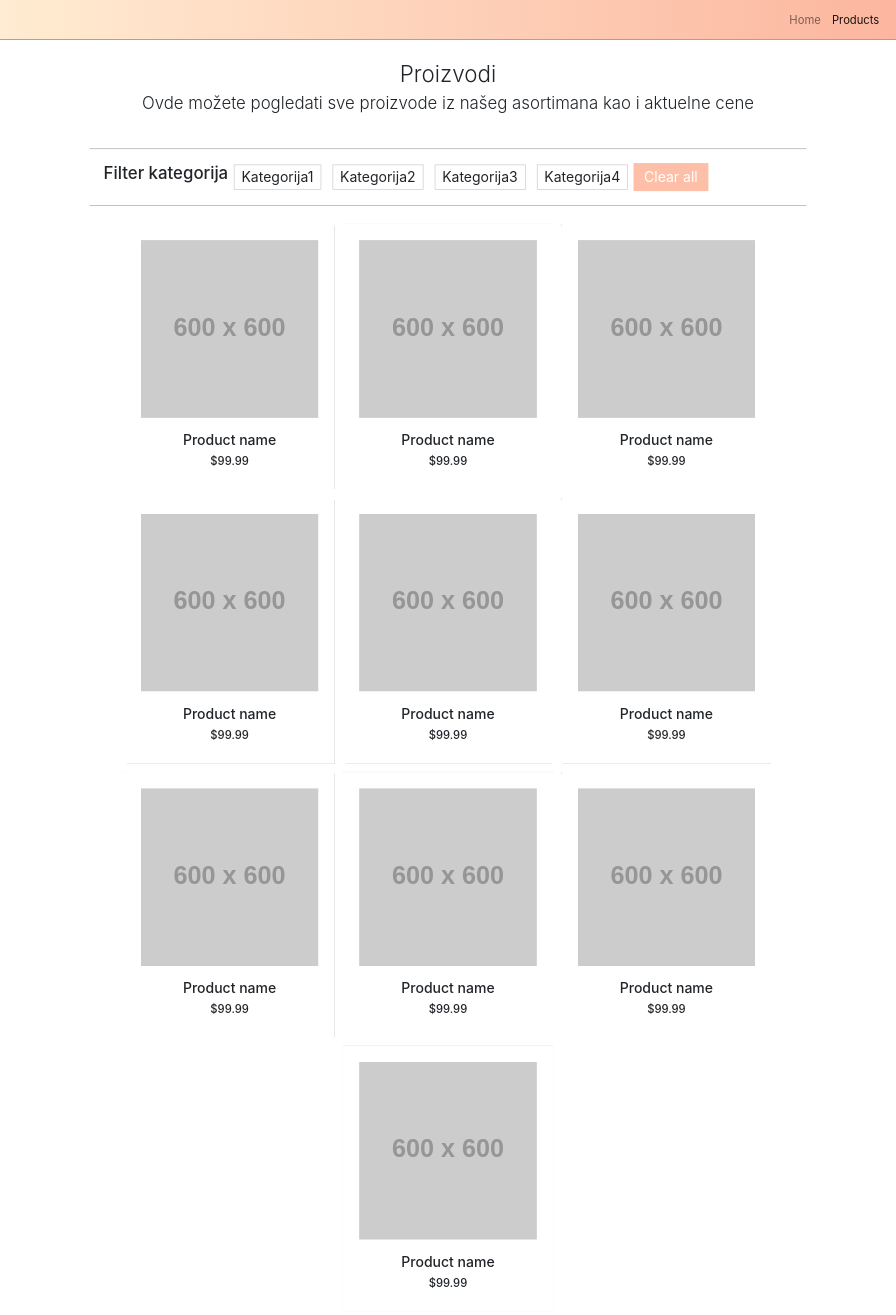
Repository: StevanFilipovic/TemplateForSinglepageWebsite
Page: products.html
The author's editor kept a copy of each file at every save. The page is drawn from the files as they stood at one save, then again after the next save.
The browser window is 1280 px wide. The pictures show the whole page, at 70% of full size.
Some web libraries are served in a nearby version.

Above is the page before, as saved 2018-06-15 12:31:45.

### products.html
<!doctype html>
<html>
<head>
	<meta charset="utf-8">
	<title>One Page Scroll</title>
	<meta name="title" content="Website by Stevan" />
	<meta name="description" content="Proizvodi"/>
    <link rel="shortcut icon" id="favicon" href="">
    <meta name="viewport" content="initial-scale=1, width=device-width, maximum-scale=1, minimum-scale=1, user-scalable=no">
	<link href='http://fonts.googleapis.com/css?family=Open+Sans:300,400,700' rel='stylesheet' type='text/css'>
	<link href='http://fonts.googleapis.com/css?family=Pacifico:400' rel='stylesheet' type='text/css'>
	<script type="text/javascript" src="http://code.jquery.com/jquery-1.9.1.js"></script>
  <link href='products-page-style.css' rel='stylesheet' type='text/css'>
  <!-- Da bi koristili less potrebno je odkomentarisati donje dve linije i uraditi konverziju css-a i ubaciti u dole navedene fajlove -->
  <!-- <link rel="stylesheet/less" type="text/css" href="onepage-scrool.less" /> -->
  <!-- <link rel="stylesheet/less" type="text/css" href="styles.less" /> -->
  <!-- <script src="less.js" type="text/javascript"></script> -->
  <link rel="stylesheet" href="https://stackpath.bootstrapcdn.com/bootstrap/4.1.1/css/bootstrap.min.css" integrity="sha384-WskhaSGFgHYWDcbwN70/dfYBj47jz9qbsMId/iRN3ewGhXQFZCSftd1LZCfmhktB" crossorigin="anonymous">

<script>
    $(document).ready(function() {
  var $products = $('.grid-products'),
      $filters = $("#filters input[type='checkbox']"),
      product_filter = new ProductFilterLevel1($products, $filters);
  product_filter.init();
});

function ProductFilterLevel1(products, filters) {
  var _this = this;

  this.init = function() {
    this.products = products;
    this.filters = filters;
    this.bindEvents();
  };

  this.bindEvents = function() {
    this.filters.click(this.filterGridProducts);
    $('#none').click(this.removeAllFilters);
  };

  this.filterGridProducts = function() {
    _this.products.hide();
    var selectedFilters = _this.filters.filter(':checked');
    if (selectedFilters.length) {
      var selectedFiltersValues = [];
      selectedFilters.each(function() {
        var currentFilter = $(this);
        selectedFiltersValues.push("[data-" + currentFilter.attr('name') + "='" + currentFilter.val() + "']");
      });
      _this.products.filter(selectedFiltersValues.join(',')).show();
    } else {
      _this.products.show();
    }
  };

  this.removeAllFilters = function() {
    _this.filters.prop('checked', false);
    _this.products.show();
  }
}
</script>

</head>
<body>
        <div class="header">
                <nav class="navbar navbar-expand-lg navbar-light">
                  <!-- <a class="navbar-brand" href="#">Navbar</a> -->
                  <button class="navbar-toggler" type="button" data-toggle="collapse" data-target="#navbarNavDropdown" aria-controls="navbarNavDropdown" aria-expanded="false" aria-label="Toggle navigation">
                    <span class="navbar-toggler-icon"></span>
                  </button>
                  <div class="collapse navbar-collapse justify-content-end" id="navbarNavDropdown">
                    <ul class="navbar-nav">
                      <li class="nav-item ">
                        <a class="nav-link" href="index.html">Home </a>
                      </li>
                      <li class="nav-item active">
                        <a class="nav-link" href="products.html">Products<span class="sr-only">(current)</span></a>
                      </li>
                      </li>
                    </ul>
                  </div>
                </nav>
                </div>
<div class="intro-text">
    <h2>Proizvodi</h2>
    <h4>Ovde možete pogledati sve proizvode iz našeg asortimana kao i aktuelne cene</h4>
</div>
<div id="filters" class="products">
    <div class="filter-wrapper">
      <h4>Filter kategorija</h4>

      <input type="checkbox" name="colour" id="category1" value="category1" ></input>
      <label for="category1">Kategorija1</label>

      <input type="checkbox" name="colour" id="category2" value="category2"></input>
      <label for="category2">Kategorija2</label>

      <input type="checkbox" name="colour" id="category3" value="category3"></input>
      <label for="category3">Kategorija3</label>

      <input type="checkbox" name="colour" id="category4" value="category4"></input>
      <label for="category4">Kategorija4</label>

    </div>
    <div>
      <input class="button-clear dugme" type="button" id="none" value="Clear all"></input>
    </div>
  </div>

          <section class="products">
                <div class="product-card grid-products" data-colour="category1">
                    <div class="product-image">
                        <img src="http://via.placeholder.com/600x600">
                    </div>
                    <div class="product-info">
                        <h5>Product name</h5>
                        <h6>$99.99</h6>
                    </div>
                </div>

                <div class="product-card grid-products" data-colour="category1">
                    <div class="product-image">
                        <img src="http://via.placeholder.com/600x600">
                    </div>
                    <div class="product-info">
                        <h5>Product name</h5>
                        <h6>$99.99</h6>
                    </div>
                </div>

                <div class="product-card grid-products" data-colour="category2">
                    <div class="product-image">
                        <img src="http://via.placeholder.com/600x600">
                    </div>
                    <div class="product-info">
                        <h5>Product name</h5>
                        <h6>$99.99</h6>
                    </div>
                </div>

                <div class="product-card grid-products" data-colour="category2">
                    <div class="product-image">
                        <img src="http://via.placeholder.com/600x600">
                    </div>
                    <div class="product-info">
                        <h5>Product name</h5>
                        <h6>$99.99</h6>
                    </div>
                </div>

                <div class="product-card grid-products" data-colour="category3">
                    <div class="product-image">
                        <img src="http://via.placeholder.com/600x600">
                    </div>
                    <div class="product-info">
                        <h5>Product name</h5>
                        <h6>$99.99</h6>
                    </div>
                </div>

                <div class="product-card grid-products" data-colour="category3">
                    <div class="product-image">
                        <img src="http://via.placeholder.com/600x600">
                    </div>
                    <div class="product-info">
                        <h5>Product name</h5>
                        <h6>$99.99</h6>
                    </div>
                </div>

                <div class="product-card grid-products" data-colour="category3">
                    <div class="product-image">
                        <img src="http://via.placeholder.com/600x600">
                    </div>
                    <div class="product-info">
                        <h5>Product name</h5>
                        <h6>$99.99</h6>
                    </div>
                </div>

                <div class="product-card grid-products" data-colour="category4">
                    <div class="product-image">
                        <img src="http://via.placeholder.com/600x600">
                    </div>
                    <div class="product-info">
                        <h5>Product name</h5>
                        <h6>$99.99</h6>
                    </div>
                </div>

                <div class="product-card grid-products" data-colour="category4">
                    <div class="product-image">
                        <img src="http://via.placeholder.com/600x600">
                    </div>
                    <div class="product-info">
                        <h5>Product name</h5>
                        <h6>$99.99</h6>
                    </div>
                </div>

                <div class="product-card grid-products" data-colour="category4">
                    <div class="product-image">
                        <img src="http://via.placeholder.com/600x600">
                    </div>
                    <div class="product-info">
                        <h5>Product name</h5>
                        <h6>$99.99</h6>
                    </div>
                </div>

            </section>

</body>
</html>

### products-page-style.css
.header{
    background-image: linear-gradient(to right, #ffecd2 0%, #fcb69f 100%);
    border-bottom: 1px solid gray;
}
.intro-text{
  margin: 30px auto 50px;
}
.intro-text h2, .intro-text h4{
  text-align: center;
    font-weight: 300;
}
.products {
	display: flex;
    flex-wrap: wrap;
    width: 90%;
    margin: auto;
    justify-content: center;
}
#filters{
  justify-content: start;
  width: 80%;
  border-top: 1px solid #a7a7a7;
  border-bottom: 1px solid #a7a7a7;
  margin-bottom: 20px;
  padding: 20px;

}

.product-card {
	display: flex;
	flex-direction: column;
    max-width: 300px;
	padding: 2%;
  /* flex: 1 16%; */
  margin: 6px;

	background-color: #FFF;
	box-shadow: 0px 0px 1px 0px rgba(0,0,0,0.25);
}

.product-image img {
	width: 100%;
}

.product-info {
	margin-top: auto;
	padding-top: 20px;
	text-align: center;
}

@media ( max-width: 920px ) {

	/* .product-card {
		flex: 1 21%;
	} */

	/* .products .product-card:first-child,
	.products .product-card:nth-child(2) {
		flex: 2 46%;
	} */

}

@media ( max-width: 600px ) {

	/* .product-card {
		flex: 1 46%;
	} */

}

@media ( max-width: 480px ) {

	h1 {
		margin-bottom: 20px;
	}

	.product-filter {
		flex-direction: column;
	}

	.sort {
		align-self: flex-start;
	}

}


/* Checkmark */

/* Customize the label (the container) */
.filter-wrapper input[type=checkbox]{
  display: none;
}


.filter-category{
  border: 1px solid #cccccc;
  padding: 2px 10px;
  margin: auto 8px;
}

input[type=checkbox] + label {
  display: block;
  position: relative;
  margin: auto 8px;
  cursor: pointer;
  font-size: 20px;
  -webkit-user-select: none;
  -moz-user-select: none;
  -ms-user-select: none;
  user-select: none;
  border: 1px solid #cccccc;
  padding: 2px 10px;
  transition:all 0.3s ease;
}
input[type=checkbox]:checked + label {
  background: #fdbfa7;
  border: 1px solid #fdbfa7;
  color: white;
}

input[type=checkbox]:hover + label {
  border: 1px solid #fdbfa7;
  box-shadow: inset 0 0 0 1px #fdbfa7;
  transition:all 0.3s ease;
}




  /* Hide the browser's default checkbox */
  .filter-container input {
    position: absolute;
    opacity: 0;
    cursor: pointer;
  }

  /* Create a custom checkbox */
  .checkmark {
    position: absolute;
    top: 0;
    left: 0;
    height: 30px;
    width: 30px;
    background-color: #eee;
    display: none;
  }

  /* On mouse-over, add a grey background color */
  .filter-container:hover input ~ .checkmark {
    background-color: #ccc;
  }

  /* When the checkbox is checked, add a blue background */
  .filter-container input:checked ~ .checkmark {
    background-color: #fdbfa7;
  }

  /* Create the checkmark/indicator (hidden when not checked) */
  .checkmark:after {
    content: "";
    position: absolute;
    display: none;
  }

  /* Show the checkmark when checked */
  .filter-container input:checked ~ .checkmark:after {
    display: block;
  }

  /* Style the checkmark/indicator */
  .filter-container .checkmark:after {
    left: 9px;
    top: 5px;
    width: 10px;
    height: 15px;
    border: solid white;
    border-width: 0 3px 3px 0;
    -webkit-transform: rotate(45deg);
    -ms-transform: rotate(45deg);
    transform: rotate(45deg);
  }

  .filter-wrapper{
      display: contents;
      margin-bottom: 15px;
  }

  .button-clear{
    background: #FDBFA7;
    font-size: 20px;
    color: white;
    border-style: none;
    cursor: pointer;
    padding: 5px 15px;
  }

After the next save:
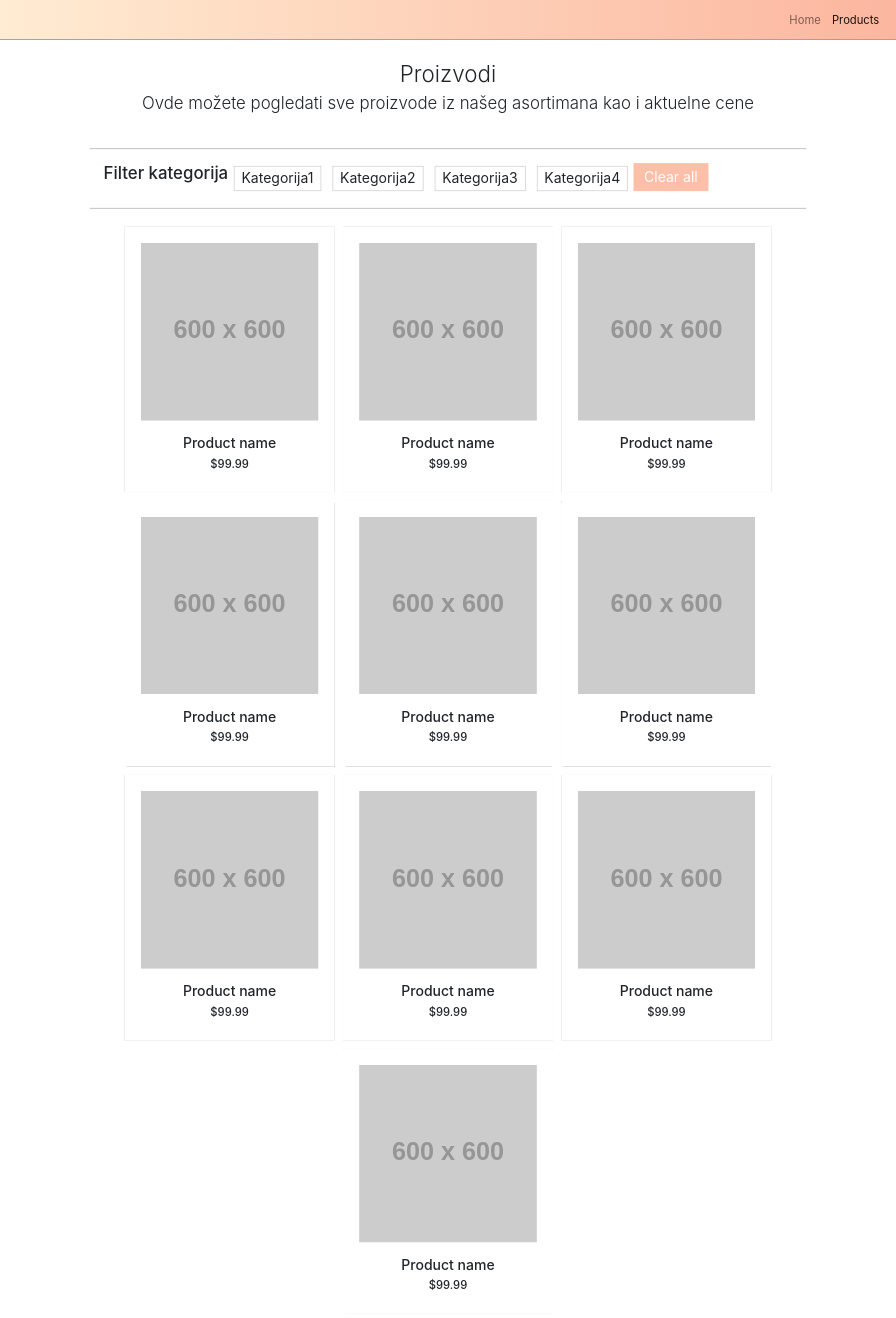
Saved 99 s later.
--- a/products-page-style.css
+++ b/products-page-style.css
@@ -103,7 +103,7 @@
 input[type=checkbox] + label {
   display: block;
   position: relative;
-  margin: auto 8px;
+  margin: 4px 8px;
   cursor: pointer;
   font-size: 20px;
   -webkit-user-select: none;
